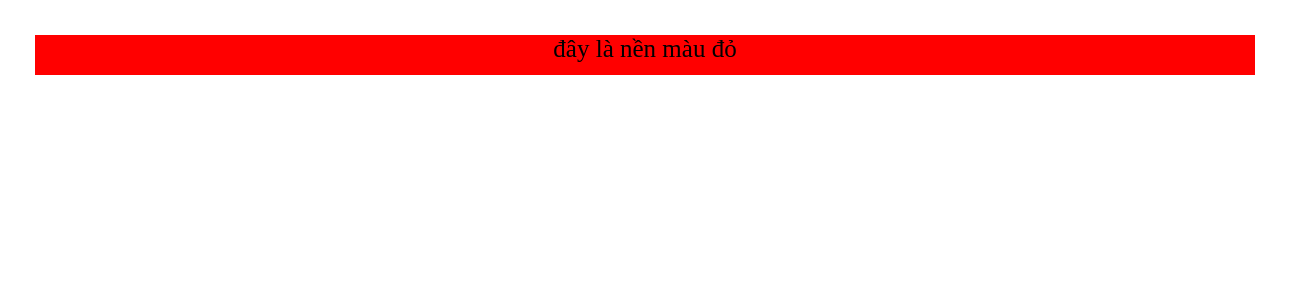
Repository: phanvu0103/HTML-CSS
Page: CSS_08.2_Background-clip/index.html
An editor plug-in stored every save of this project. The page is shown before and after the next save, followed by the edit.
The browser window is 1280 px wide. The page is 1290 px wide, so the pictures cover 1290 px, including what lies to the right of the window. The pictures show the whole page.

Above is the page before, as saved 2022-09-28 09:23:19.

After the next save:
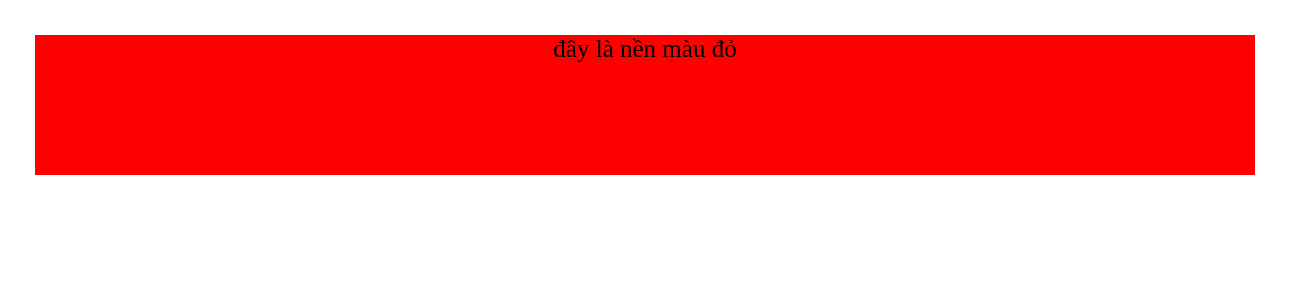
Saved 12 s later.
--- a/CSS_08.2_Background-clip/style.css
+++ b/CSS_08.2_Background-clip/style.css
@@ -10,7 +10,7 @@ body {
 
 .header {
   width: 100%;
-  height: 100px;
+  height: 200px;
   background-color: red;
   padding: 20px;
   box-sizing: border-box;
@@ -20,5 +20,4 @@ body {
   font-size: 25px;
   margin: 5px;
   display: inline-block;
-  text-transform: none;
 }
